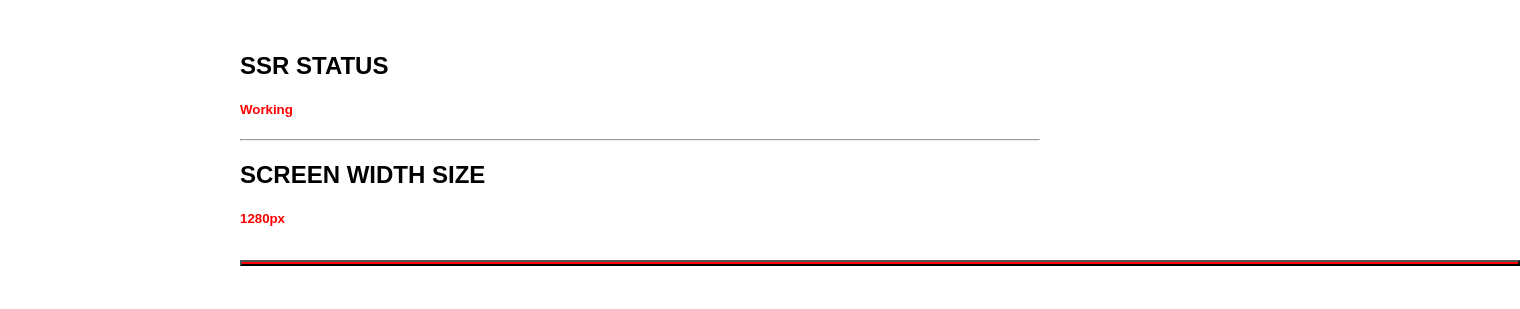
Repository: adrihle/screen-detector-nextpwa
Page: /
An editor plug-in stored every save of this project. The page is shown before and after the next save, followed by the edit.
The browser window is 1280 px wide. The page is 1520 px wide, so the pictures cover 1520 px, including what lies to the right of the window. The pictures show the whole page.
The project was rebuilt for these pictures with package versions that can differ from the ones it lists, and the page was loaded fresh each time. The framework's server and built-in components were replaced by stand-ins that run in the browser. Imported but missing from the stored project, and not drawn on this page: pages/_document.

Above is the page before, as saved 2020-12-28 12:55:22.

### pages/_app.js
import App, { Container } from "next/app";
import Head from "next/head";
import styled, { createGlobalStyle } from "styled-components";
import { title } from "./_document";

// Any global CSS variables and selectors we want
const GlobalStyle = createGlobalStyle`
  :root {
    --padding: 2rem;
    --max-width: 50rem;
  }

  body {
    background: var(--background--1);
    font-family: 'PT Sans', sans-serif;
    margin: 0;
  }
`;

const Main = styled.main`
  margin: 0 auto;
  max-width: var(--max-width);
  padding: var(--padding);
`;

export default class MyApp extends App {
  static async getInitialProps({ Component, ctx }) {
    let pageProps = {};

    if (Component.getInitialProps) {
      pageProps = await Component.getInitialProps(ctx);
    }

    return { pageProps };
  }

  render() {
    const { Component, pageProps, router } = this.props;

    return (
      <>
        <Head>
          <title>{title}</title>
        </Head>
        <Container>
          <Main>
            <Component {...pageProps} router={router} />
          </Main>
          <GlobalStyle />
        </Container>
      </>
    );
  }
}

### pages/index.js
import { useEffect, useState } from 'react'





const Index = ({ server }) => {

  const [size, setSize] = useState()

  useEffect(() => {
    const handleSize = () => setSize(window.innerWidth)
    handleSize()
    window.addEventListener('resize', handleSize)
    return () => {window.removeEventListener('resize', handleSize)}
  },[])

  const width = size + 'px'

  return (
    <>
      <h2>SSR STATUS</h2>
      <h5 style={{color:'red'}}>{server ? 'Working' : 'Not Working'}</h5>
      <hr />
      <h2>SCREEN WIDTH SIZE</h2>
      <h5 style={{color:'red'}}>{width}</h5>
      <button style={{background:'red', width}}></button>
    </>
  )
}

Index.getInitialProps = async function() {
  return {
    server: true,
  }
};

export default Index;

After the next save:
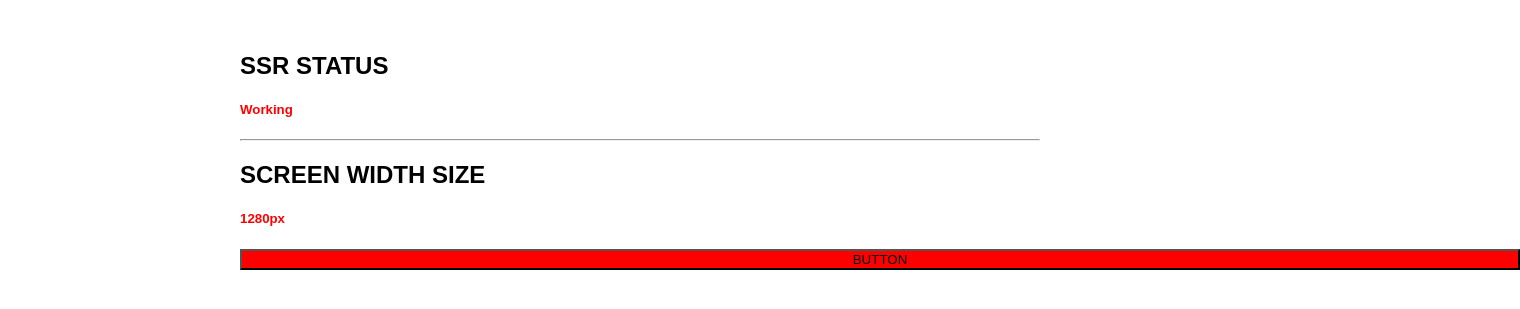
Saved 9 s later.
--- a/pages/index.js
+++ b/pages/index.js
@@ -24,7 +24,7 @@ const Index = ({ server }) => {
       <hr />
       <h2>SCREEN WIDTH SIZE</h2>
       <h5 style={{color:'red'}}>{width}</h5>
-      <button style={{background:'red', width}}></button>
+      <button style={{background:'red', width}}>BUTTON</button>
     </>
   )
 }
